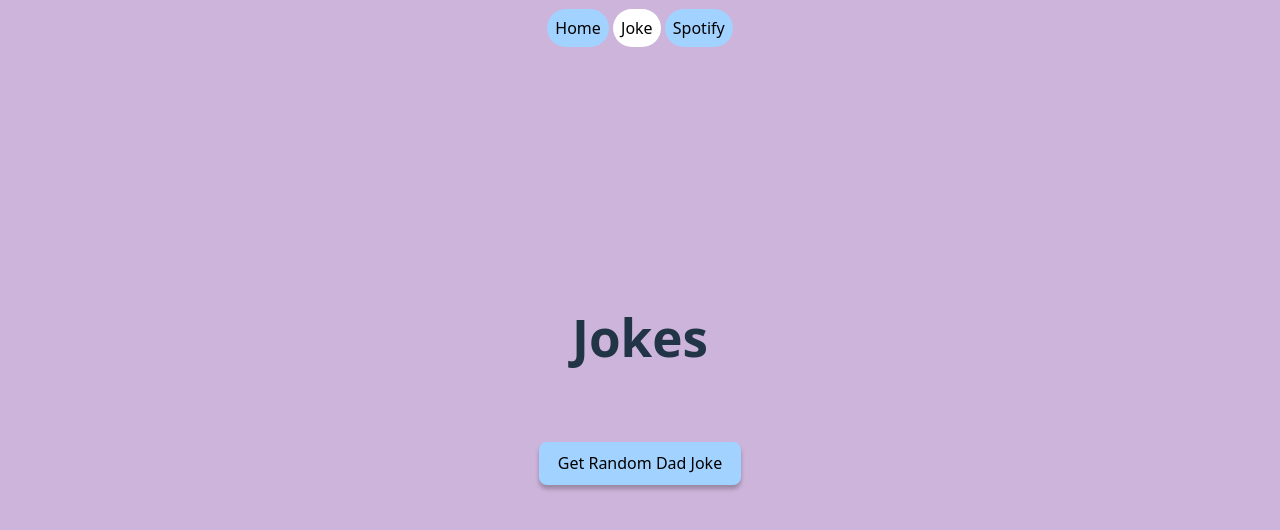
Repository: rosieomusic/spotify-react
Page: /joke
The author's editor kept a copy of each file at every save. The page is drawn from the files as they stood at one save, then again after the next save.
The browser window is 1280 px wide. The pictures show the whole page.
The page's requests for data from a server got no answer. The project was rebuilt for these pictures with package versions that can differ from the ones it lists, and the page was loaded fresh each time. No one was signed in, and anything a server would have sent is missing. Also part of the build but not shown: vite.config.js, src/pages/HomePage.jsx, src/services/SpotifyService.js, src/components/AlbumComponent.jsx, src/pages/SpotifyPage.jsx.

Above is the page before, as saved 2025-05-09 19:40:09.

After the next save:
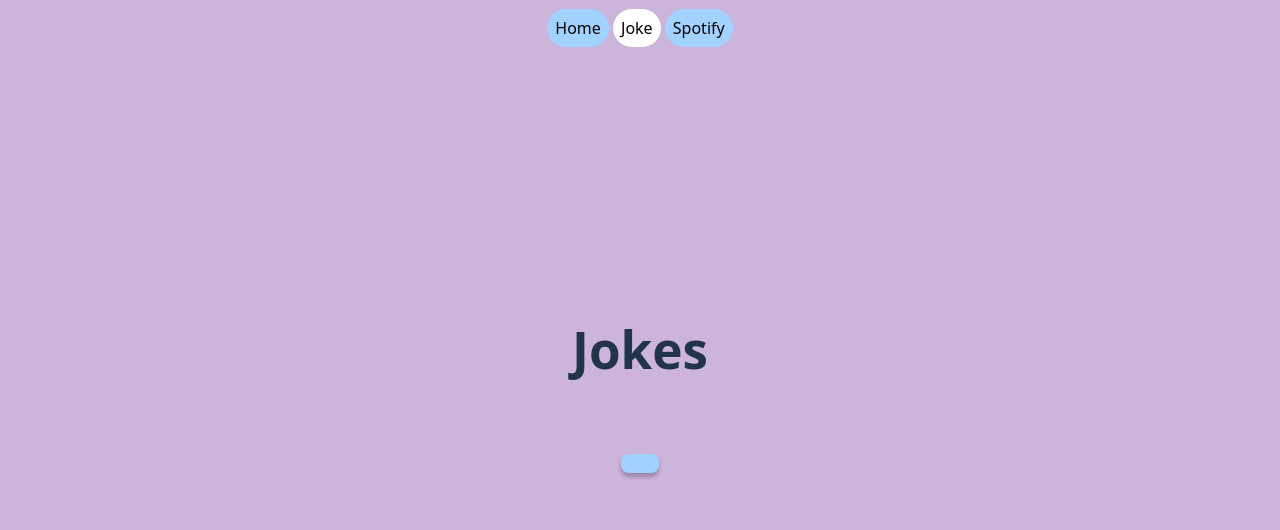
Saved 28 s later.
--- a/src/pages/JokePage.jsx
+++ b/src/pages/JokePage.jsx
@@ -19,9 +19,7 @@
 		<>
 			<h1>Jokes</h1>
 			<p>{joke} </p>
-			<button onClick={getJoke}>
-				<span>Get Random Dad Joke</span>
-			</button>
+			<button onClick={getJoke}></button>
 		</>
 	);
 }
